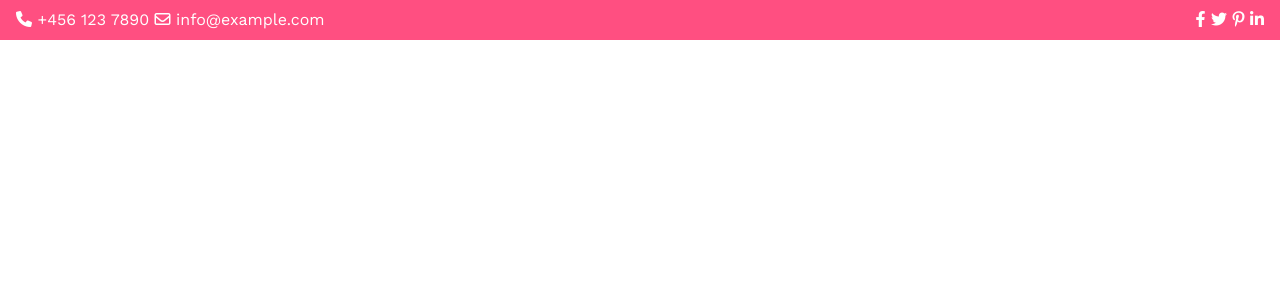
Repository: nguyenbinhminh/instruction_clone
Page: index.html
The author's editor kept a copy of each file at every save. The page is drawn from the files as they stood at one save, then again after the next save.
The browser window is 1280 px wide. The pictures show the whole page.

Above is the page before, as saved 2021-09-29 21:42:38.

After the next save:
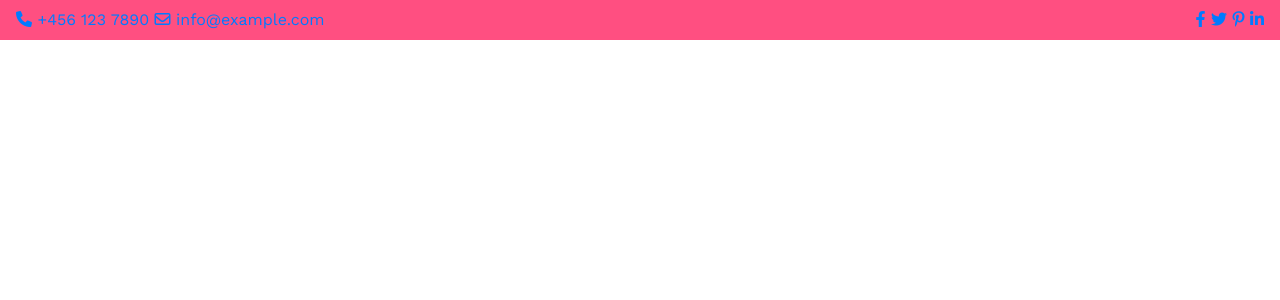
Saved 18 min 24 s later.
--- a/css/index.css
+++ b/css/index.css
@@ -12,7 +12,3 @@
 	background-color: #ff4f81;
 	padding: 0.8rem 1.6rem;
 }
-.header__top a {
-	color: white;
-	text-decoration: none;
-}
